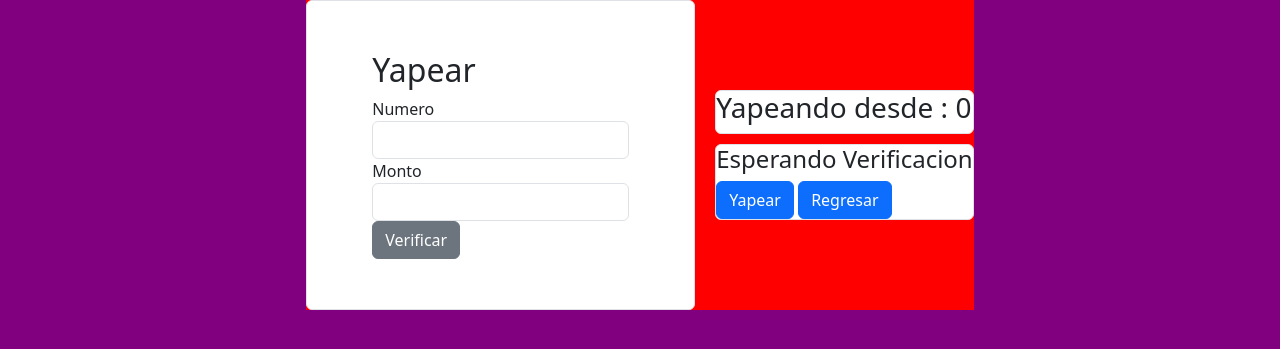
Repository: Gimblet/LP1_Proyecto_Yape
Page: http://localhost/Yape/Yapear.jsp
These files come from the project's save history. The page is drawn as it stood at one moment and after the next save; the edit follows.
The browser window is 1280 px wide. The pictures show the whole page.
The page is served by Tomcat 9. Other server files are loaded and not shown. Queries for data that is not in the repository find no rows.

Above is the page before, as saved 2024-05-02 20:54:26.

### Yape/src/main/webapp/Yapear.jsp
<%@page import="data.ClaseUtilitaria"%>
<%@page import="gestion.Metodos"%>
<%@ page language="java" contentType="text/html; charset=ISO-8859-1" pageEncoding="ISO-8859-1" %>
<%  //Obtener Numero
	Metodos obtenerNumero = new Metodos();
	int numero = 0;
	if(obtenerNumero.obtenerUsuario() != 0)
		numero = obtenerNumero.obtenerUsuario();
%>
    <!DOCTYPE html>
    <html>

    <head>
        <meta charset="ISO-8859-1">
        <link href="Resources/bootstrap.min.css" rel="stylesheet">
        <title>Nuevo Yapeo</title>
        <style>
        	body{
        		background-color: purple;
        	}

            .container {
                display: flex;
                flex-direction: column;
            }

            main{
            	margin: auto;
            	background-color: red;
            	display: flex;
            	gap: 20px;
            }

            aside{
            	display: flex;
            	flex-direction: column;
            	justify-content: center;
            	gap: 10px;
            }

            aside div{
            	background-color: white;
            }

            .form-container {
                align-self: center;
                padding: 50px 65px 50px 65px;
                background-color: white;
            }

            input:hover {
                cursor: pointer;
            }
        </style>
    </head>

    <body>
        <div class="container">
        <main>
        	<section>
        		<div class="form-container border rounded">
                	<form action="Servlet" method="post">
                	<%
                  	String respuesta = "Esperando Verificacion";
                  	if(request.getAttribute("ValidacionYape") != null){
                	  	ClaseUtilitaria item = (ClaseUtilitaria) request.getAttribute("ValidacionYape");
                	  	if(item.getRespuesta().equals("Datos Conformes")){
                		  	respuesta = item.getRespuesta() + "<br>" +
                          	"Estas Yapeando a " + item.getNombreRecipiente() + "<br>" +
                          	"El monto de : " + "S/" + item.getMontoRecipiente();
                	  	}
                	  	else{
                			  respuesta = item.getRespuesta();
                	 	 }
                  	}
                	%>
                    	<h2>Yapear</h2>
                    	<div class="form-group">
                    		<label>Numero</label>
                    		<input class="form form-control" required type="text" name="txtNumero" <% if(request.getAttribute("ValidacionYape") != null){
                  	  		ClaseUtilitaria item = (ClaseUtilitaria) request.getAttribute("ValidacionYape");
							if(item.getRespuesta().equals("Datos Conformes")){ %> value=<%= item.getNumeroRecipiente() %> <%}} %>>
                    	</div>
                    	<div class="form-group">
                    		<label>Monto</label>
                    		<input class="form form-control" required type="text" name="txtMonto" <% if(request.getAttribute("ValidacionYape") != null){
                  	  		ClaseUtilitaria item = (ClaseUtilitaria) request.getAttribute("ValidacionYape");
							if(item.getRespuesta().equals("Datos Conformes")){ %> value=<%= item.getMontoRecipiente()%> <%} }%>>
                    	</div>
                    	<input class="btn btn-secondary" type="submit" name="type" value="Verificar">
                	</form>
            	</div>
        	</section>
        	<aside>
        		<div class="border rounded">
        			<h3>Yapeando desde : <%= numero %></h3>
        		</div>
        		<div class="border rounded">
        			<h4><%= respuesta %></h4>
					<input class="btn btn-primary" type="submit" name="type" value="Yapear">
					<a href="Servlet?type=Volver" class="btn btn-primary">Regresar</a>
        		</div>
        	</aside>
        </main>
        </div>
    </body>

    </html>

### Yape/src/main/java/interfaces/IntYape.java
package interfaces;

import java.util.List;

import data.ClaseUtilitaria;
import data.Logins;
import data.Yapes;

public interface IntYape {
	Logins Login(int numero, String clave, String tipoUsr);
	List<Yapes> ListarYapes();
	List<Yapes> ListarTodosLosYapes();
	List<Logins> ListarUsuarios();
	int obtenerUsuario();
	String obtenerTipoUsuario();
	void cerrarSesion();
	ClaseUtilitaria validarYape(int numero, double monto);
	boolean validarYapeEditar(int numeroRec, int numeroRem, double monto, double OGmonto);
	void editarYape(int id, int numeroRec, int numeroRem, double monto, double OGmonto);
	void eliminarYape(int id, int numeroRec, int numeroRem, double OGmonto);
	public void eliminarUsuario(int id);
	Logins obtenerInformacionUsuario(int id);
	void editarUsuario(int id, String nombreApe, double saldo, String clave);
	void yapear(int numero, double monto);
	ClaseUtilitaria obtenerInformacionYape(int id);
	public String formatearFecha(String OGFecha);
	public String formatearHora(String OGHora);
}

### Yape/src/main/java/util/MysqlConexion.java
package util;

import java.sql.Connection;
import java.sql.DriverManager;
import java.sql.SQLException;

public class MysqlConexion {
	public static Connection getConexion() {
		Connection con = null;
		try {
			Class.forName("com.mysql.cj.jdbc.Driver").getDeclaredConstructor().newInstance();
			String url = "jdbc:mysql://localhost:3306/dbYape";
			String usr = "root";
			String psw = "mysql";
			con = DriverManager.getConnection(url, usr, psw);
		} catch(ClassNotFoundException e) {
			System.out.println("Error con el Driver de Base de Datos" + e.getMessage());
		} catch(SQLException e){
			System.out.println("Error con la base de datos" + e.getMessage());
		} catch(Exception e) {
			System.out.println("Error General" + e.getMessage());
		}
		return con;
	}

	public static void closeConnection(Connection con) {
		try {
			con.close();
		} catch(SQLException e) {
			System.out.println("Problemas al cerrar la conexion");
			e.printStackTrace();
		}
	}
}

Loaded but not shown: Yape/src/main/webapp/Resources/bootstrap.min.css (library); Yape/src/main/java/gestion/Metodos.java (896 lines, source omitted)

After the next save:
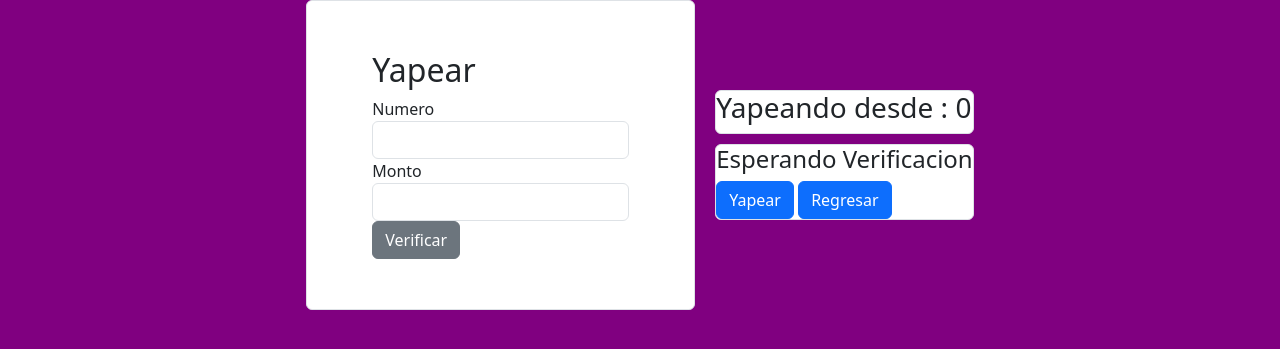
Saved 20 s later.
--- a/Yape/src/main/webapp/Yapear.jsp
+++ b/Yape/src/main/webapp/Yapear.jsp
@@ -26,7 +26,6 @@
 
             main{
             	margin: auto;
-            	background-color: red;
             	display: flex;
             	gap: 20px;
             }
